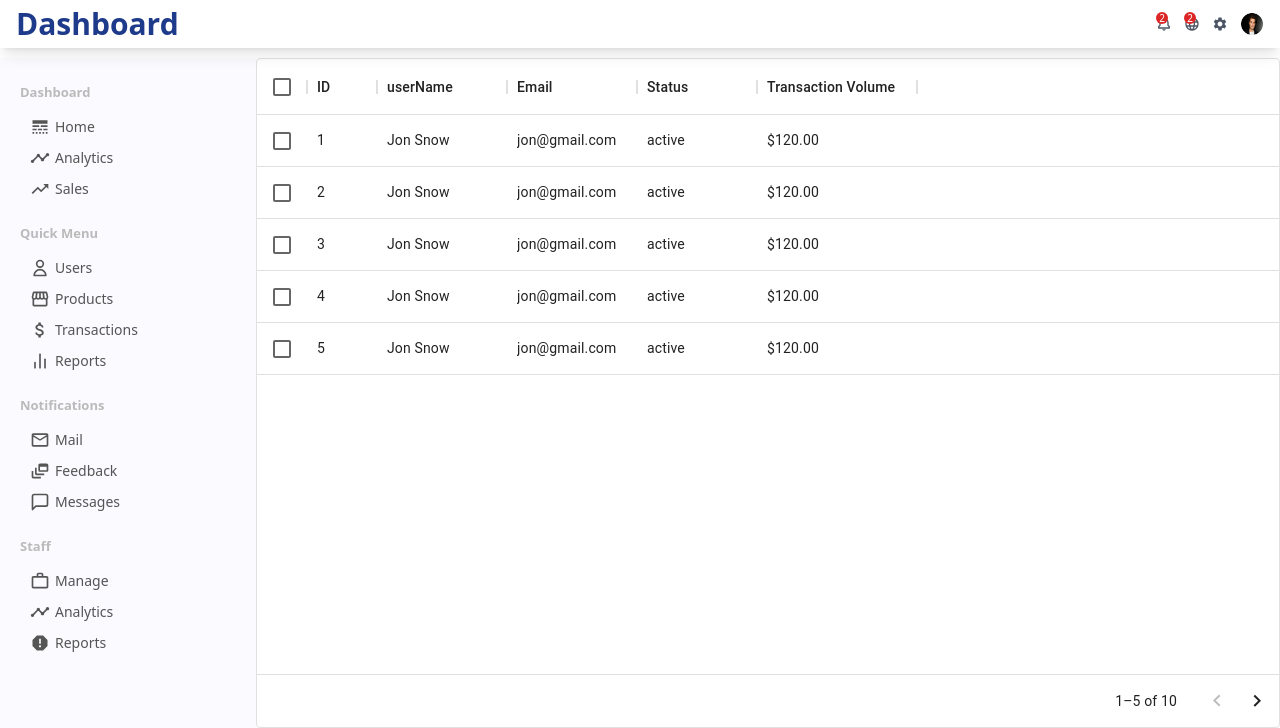
Repository: nation430/React-AdminDashboard
Page: /users
An editor plug-in stored every save of this project. The page is shown before and after the next save, followed by the edit.
The browser window is 1280 px wide. The pictures show the whole page.
The project was rebuilt for these pictures with package versions that can differ from the ones it lists, and the page was loaded fresh each time. Also part of the build but not shown: src/pages/home/home.css, src/components/featuredInfo/featuredInfo.css, src/components/featuredInfo/FeaturedInfo.jsx, src/components/chart/chart.css, src/components/chart/Chart.jsx, src/dummyData.js, src/components/widgetSm/widgetSm.css, src/components/widgetSm/WidgetSm.jsx and 3 more.

Above is the page before, as saved 2022-08-23 13:20:59.

### public/index.html
<!DOCTYPE html>
<html lang="en">
  <head>
    <meta charset="utf-8" />
    <meta name="viewport" content="width=device-width, initial-scale=1" />
    <meta name="theme-color" content="#000000" />
    <meta
      name="description"
      content="Web site created using create-react-app"
    />
    <link rel="preconnect" href="https://fonts.googleapis.com" />
    <link rel="preconnect" href="https://fonts.gstatic.com" crossorigin />
    <link
      href="https://fonts.googleapis.com/css2?family=Source+Sans+Pro:wght@200;300;400;600;700&display=swap"
      rel="stylesheet"
    />

    <title>React Admin Dashboard</title>
  </head>
  <body>
    <noscript>You need to enable JavaScript to run this app.</noscript>
    <div id="root"></div>
  </body>
</html>

### src/index.css
@tailwind base;
h1 {
  @apply text-2xl;
}
h2 {
  @apply text-xl;
}
h3 {
  @apply text-lg;
}
@tailwind components;
@tailwind utilities;

* {
  margin: 0;
  padding:0;
  box-sizing: border-box;

}

### src/App.js
import Topbar from "./components/topbar/Topbar";
import Sidebar from "./components/sidebar/Sidebar";
import Home from "./pages/home/Home";
import "./app.css";
import { BrowserRouter as Router, Routes, Route } from "react-router-dom";
import UserList from "./pages/home/userList/UserList";

function App() {
  return (
    <Router>
      <Topbar />
      <div className="wrapper flex h-full">
        <Sidebar />
        <Routes>
          <Route exact path="/">
            <Route path="/" element={<Home />} />
            <Route path="users" element={<UserList />} />
          </Route>
        </Routes>
      </div>
    </Router>
  );
}

export default App;

### src/components/topbar/Topbar.jsx
import React from "react";
import  "./topbar.css";
import { BiBell } from 'react-icons/bi';
import { MdLanguage, MdSettings  } from "react-icons/md";


export default function Topbar () {
    return(
        <div className="topbar w-full h-12 bg-white sticky top-0 z-50 shadow-lg ">
            <div className="topbarWeapper flex items-center justify-between h-full px-4 py-0">
            <div className="topLeft">
                <span className="logo font-bold text-3xl text-blue-900 cursor-pointer ...">Dashboard</span>
            </div>
            <div className="topRight flex items-center">

                {/* First icon  */}
                <div className="topbarIconsContainer relative cursor-pointer ... ml-3 text-gray-600">
                <BiBell />
                <span className="topIconBadge absolute text-white bg-red-600 right-1 -top-1 flex items-center justify-center rounded-full text-xs h-3 w-3">2</span>
                </div>

                   {/*second icon  */}
                <div className="topbarIconsContainer relative cursor-pointer ... ml-3 text-gray-600">
                <MdLanguage />
                <span className="topIconBadge absolute text-white bg-red-600 right-1 -top-1 flex items-center justify-center rounded-full text-xs h-3 w-3">2</span>
                </div>


                    {/*third icon  */}
                <div className="topbarIconsContainer relative cursor-pointer ... mx-3 text-gray-600">
                < MdSettings  />
                </div>

                <img src="images/img.png" alt="BigCo Inc. logo"  className="topAvater w-6 h-6 rounded-full cursor-pointer ..."/>

            </div>
            </div>
        </div>
    )

}

### src/components/sidebar/Sidebar.jsx
import "./sidebar.css";
import { MdLineStyle, MdOutlineTimeline, MdTrendingUp, MdStorefront, MdAttachMoney, MdOutlineMail, MdDynamicFeed, MdWorkOutline, MdReport} from "react-icons/md";
import { HiOutlineUser} from "react-icons/hi";
import { FiBarChart2, FiMessageSquare} from "react-icons/fi";

export default function sidebar(){
    return(
        <div className="sidebar sticky">
        <div className="sidebarWrapper p-5">
            {/* first sidenavbar */}
            <div className="sidebarMenu mb-2.5">
                <h3 className="sidebarTitle">Dashboard</h3>
                <ul className="sidebarList px-4 py-0">
                    <li className="sidebarListItems flex items-center">
                    <MdLineStyle className="sidebarIcon"/>
                    Home
                    </li>

                    <li className="sidebarListItems flex items-center">
                    <MdOutlineTimeline className="sidebarIcon" />
                    Analytics
                    </li>


                    <li className="sidebarListItems flex items-center">
                    <MdTrendingUp className="sidebarIcon" />
                   Sales
                    </li>
                </ul>
            </div>

            {/* second sidenavbar */}
            <div className="sidebarMenu mb-2.5">
                <h3 className="sidebarTitle">Quick Menu</h3>
                <ul className="sidebarList px-4 py-1">
                    <li className="sidebarListItems flex items-center">
                    <HiOutlineUser className="sidebarIcon" />
                    Users
                    </li>

                    <li className="sidebarListItems flex  items-center" >
                    <MdStorefront className="sidebarIcon" />
                    Products
                    </li>

                    <li className="sidebarListItems flex items-center">
                    <MdAttachMoney className="sidebarIcon" />
                   Transactions
                    </li>


                    <li className="sidebarListItems flex items-center">
                    <FiBarChart2 className="sidebarIcon" />
                   Reports
                    </li>
                </ul>
            </div>

                {/* third sidenavbar */}
                <div className="sidebarMenu mb-2.5">
                <h3 className="sidebarTitle">Notifications</h3>
                <ul className="sidebarList px-4 py-1">
                    <li className="sidebarListItems flex items-center">
                    <MdOutlineMail className="sidebarIcon" />
                    Mail
                    </li>

                    <li className="sidebarListItems flex  items-center" >
                    <MdDynamicFeed className="sidebarIcon" />
                    Feedback
                    </li>

                    <li className="sidebarListItems flex items-center">
                    <FiMessageSquare className="sidebarIcon" />
                   Messages
                    </li>
                </ul>
            </div>

                {/* fourth sidenavbar */}
                <div className="sidebarMenu mb-2.5">
                <h3 className="sidebarTitle">Staff</h3>
                <ul className="sidebarList px-4 py-1">
                    <li className="sidebarListItems flex items-center">
                    <MdWorkOutline className="sidebarIcon" />
                    Manage
                    </li>

                    <li className="sidebarListItems flex  items-center" >
                    <MdOutlineTimeline className="sidebarIcon" />
                    Analytics
                    </li>

                    <li className="sidebarListItems flex items-center">
                    <MdReport className="sidebarIcon" />
                   Reports
                    </li>
                </ul>
            </div>
        </div>
        </div>
    )
}

### src/app.css

* {
    margin: 0;
    padding:0;
    box-sizing: border-box;

}


h1{
    font-size: 2em ;
    font-weight: bolder;
}

h2{
    font-size: 1.5em ;
    font-weight: bolder;
}

h3{
    font-size: 1.17em ;
    font-weight: bolder;
}

.wrapper{
    margin-top:10px;
}

### src/pages/home/userList/UserList.jsx
import "./userList.css"
import { DataGrid } from '@mui/x-data-grid';



export default function UserList(){

  const columns = [
    { field: 'id', headerName: 'ID', width: 70 },
    { field: 'userName', headerName: 'userName', width: 130 },
    { field: 'email', headerName: 'Email', width: 130 },
    {
      field: 'status',
      headerName: 'Status',
      width: 120,
    },
    {
      field: 'transaction',
      headerName: 'Transaction Volume',
      width: 160,
    },

  ];

  const rows = [
    { id: 1,
       userName: 'Jon Snow',
        avater: ' <img src="images/member1.jpg" alt="image" className="wiggetLgImg w-6 h-6 rounded-full object-cover" />',
        email: "jon@gmail.com",
        status: "active" ,
        transaction: "$120.00"
      },

      { id: 2,
        userName: 'Jon Snow',
         avater: ' <img src="images/member1.jpg" alt="image" className="wiggetLgImg w-6 h-6 rounded-full object-cover" />',
         email: "jon@gmail.com",
         status: "active" ,
         transaction: "$120.00"
       },

       { id: 3,
        userName: 'Jon Snow',
         avater: ' <img src="images/member1.jpg" alt="image" className="wiggetLgImg w-6 h-6 rounded-full object-cover" />',
         email: "jon@gmail.com",
         status: "active" ,
         transaction: "$120.00"
       },

       { id: 4,
        userName: 'Jon Snow',
         avater: ' <img src="images/member1.jpg" alt="image" className="wiggetLgImg w-6 h-6 rounded-full object-cover" />',
         email: "jon@gmail.com",
         status: "active" ,
         transaction: "$120.00"
       },

       { id: 5,
        userName: 'Jon Snow',
         avater: ' <img src="images/member1.jpg" alt="image" className="wiggetLgImg w-6 h-6 rounded-full object-cover" />',
         email: "jon@gmail.com",
         status: "active" ,
         transaction: "$120.00"
       },

       { id: 6,
        userName: 'Jon Snow',
         avater: ' <img src="images/member1.jpg" alt="image" className="wiggetLgImg w-6 h-6 rounded-full object-cover" />',
         email: "jon@gmail.com",
         status: "active" ,
         transaction: "$120.00"
       },

       { id: 7,
        userName: 'Jon Snow',
         avater: ' <img src="images/member1.jpg" alt="image" className="wiggetLgImg w-6 h-6 rounded-full object-cover" />',
         email: "jon@gmail.com",
         status: "active" ,
         transaction: "$120.00"
       },

       { id: 8,
        userName: 'Jon Snow',
         avater: ' <img src="images/member1.jpg" alt="image" className="wiggetLgImg w-6 h-6 rounded-full object-cover" />',
         email: "jon@gmail.com",
         status: "active" ,
         transaction: "$120.00"
       },


       { id: 9,
        userName: 'Jon Snow',
         avater: ' <img src="images/member1.jpg" alt="image" className="wiggetLgImg w-6 h-6 rounded-full object-cover" />',
         email: "jon@gmail.com",
         status: "active" ,
         transaction: "$120.00"
       },

       { id: 10,
        userName: 'Jon Snow',
         avater: ' <img src="images/member1.jpg" alt="image" className="wiggetLgImg w-6 h-6 rounded-full object-cover" />',
         email: "jon@gmail.com",
         status: "active" ,
         transaction: "$120.00"
       },

  ];


    return(
        <div className="userList">
          <DataGrid
        rows={rows}
        columns={columns}
        pageSize={5}
        rowsPerPageOptions={[5]}
        checkboxSelection
      />
        </div>
    )
}

### src/components/topbar/topbar.css
.text-xs{
    font-size: 10px;
  }

### src/components/sidebar/sidebar.css
.sidebar{
    flex: 1;
    height: calc(100vh - 50px);
    top:50px;
    background:rgb(251, 251, 255);
}

.sidebarWrapper{
    color: #555;
}

.sidebarTitle{
    font-size: 13px;
    color:rgb(187, 186, 186);
}

.sidebarList{
    padding:5px;
    font-size: 14px;;
}


.sidebarListItems {
    padding:5px;
    cursor: pointer;
    border-radius: 10px;
}

.sidebarListItems.active,
.sidebarListItems:hover{
    background:rgb(228, 228, 250);
}

.sidebarIcon{
    margin-right:5px;
    font-size:20px;
}

### src/pages/home/userList/userList.css
.userList{
    flex: 4;
}

Loaded but not shown: src/index.js (common file); tailwind.config.js (common file)

After the next save:
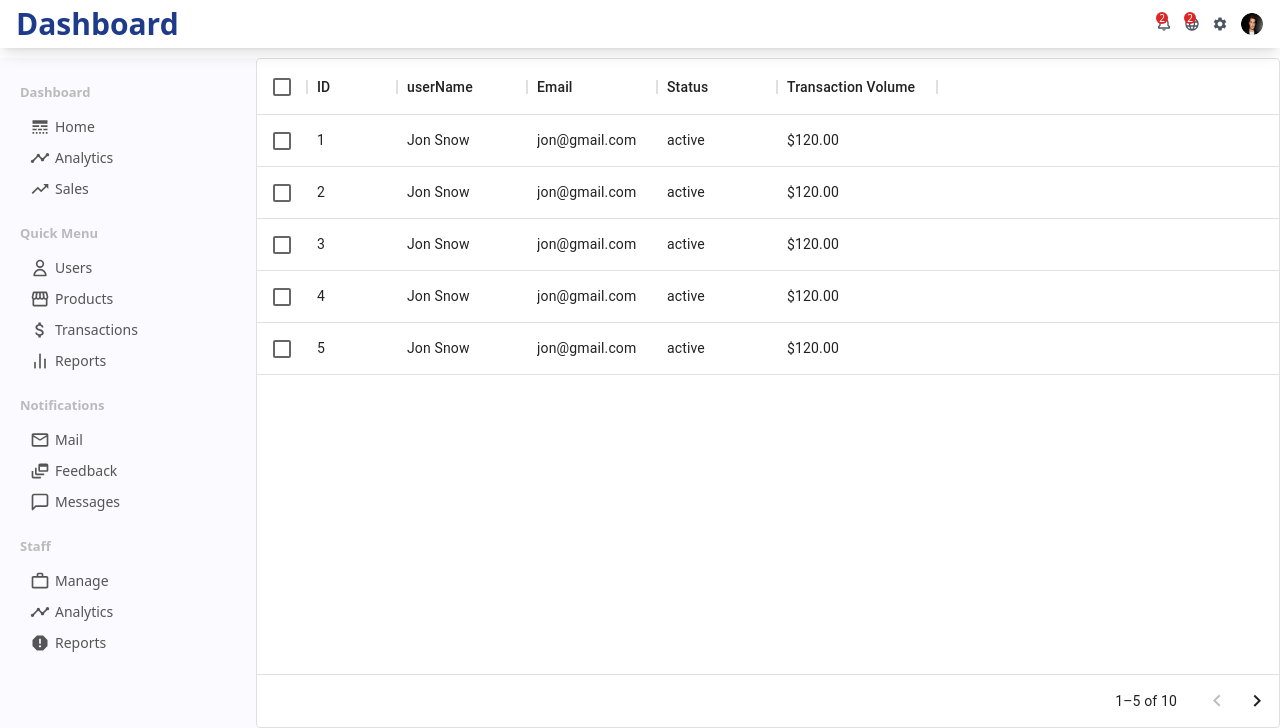
Saved 28 s later.
--- a/src/pages/home/userList/UserList.jsx
+++ b/src/pages/home/userList/UserList.jsx
@@ -6,7 +6,7 @@ import { DataGrid } from '@mui/x-data-grid';
 export default function UserList(){
 
   const columns = [
-    { field: 'id', headerName: 'ID', width: 70 },
+    { field: 'id', headerName: 'ID', width: 90 },
     { field: 'userName', headerName: 'userName', width: 130 },
     { field: 'email', headerName: 'Email', width: 130 },
     {
